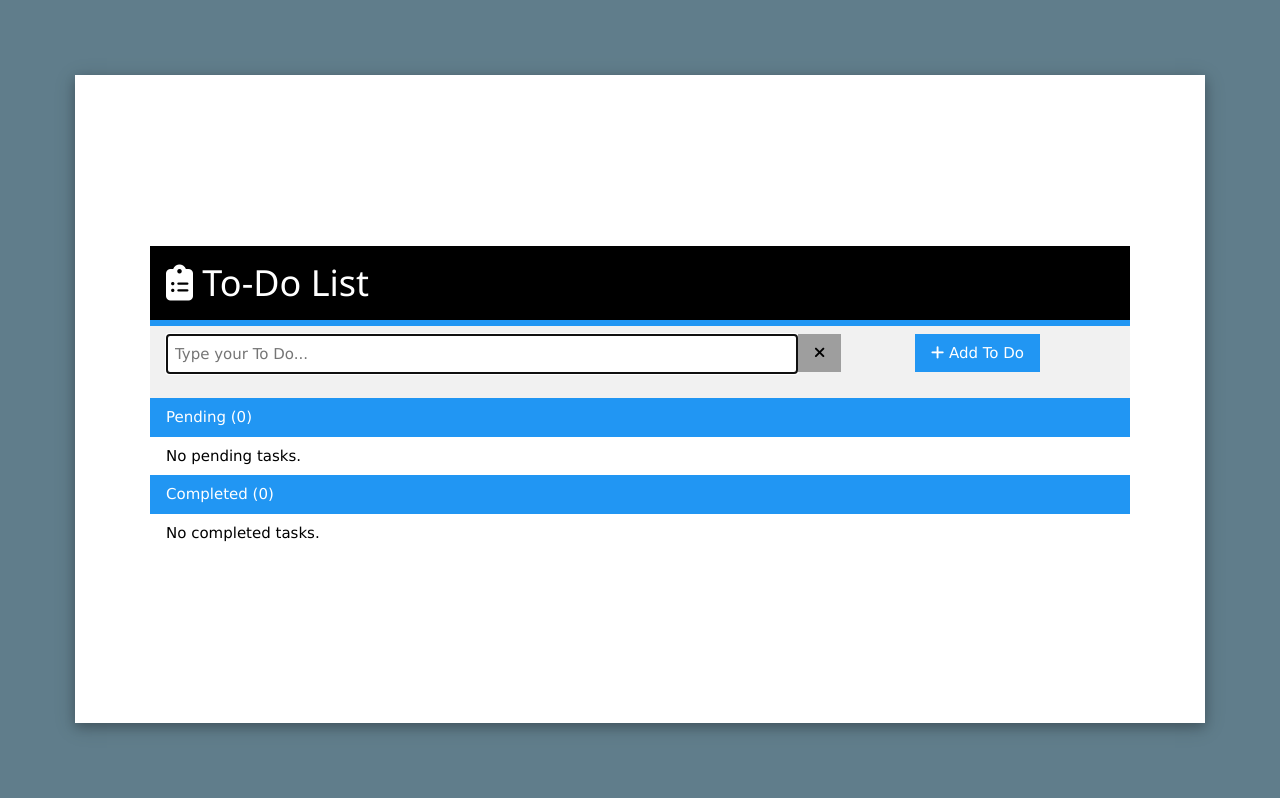
Repository: bclover/vue3-design-patterns-book
Page: /
These files come from the project's save history. The page is drawn as it stood at one moment and after the next save; the edit follows.
The browser window is 1280 px wide. The pictures show the whole page.
The project was rebuilt for these pictures with package versions that can differ from the ones it lists, and the page was loaded fresh each time. Also part of the build but not shown: vite.config.ts.

Above is the page before, as saved 2023-06-19 22:52:49.

### index.html
<!DOCTYPE html>
<html lang="en">
    <head>
        <meta charset="UTF-8" />
        <link rel="icon" type="image/svg+xml" href="/vite.svg" />
        <link rel="stylesheet" href="/css/w3.css" />
        <link rel="stylesheet" href="/css/fontawesome.min.css" />
        <link rel="stylesheet" href="/css/solid.min.css" />
        <link rel="stylesheet" href="/css/brands.min.css" />
        <meta name="viewport" content="width=device-width, initial-scale=1.0" />
        <title>To Do</title>
    </head>
    <body>
        <div id="app"></div>
        <script type="module" src="/src/main.ts"></script>
    </body>
</html>

### src/App.vue
<script lang="ts" setup>
import ToDos from './components/ToDos.vue';
</script>

<template>
  <div class="app w3-blue-gray">
    <ToDos></ToDos>
  </div>
</template>

<style scoped>
.app {
  display: flex;
  justify-content: center;
  width: 100vw;
  min-height: 100vh;
  padding: 5rem;
}
</style>

### src/components/ToDos.vue
<script lang="ts" setup>
import { computed, ref } from 'vue';

interface ToDo {
  id: number;
  text: string;
  checked: boolean;
}
const _todo_text = ref('');
const _todo_list = ref<ToDo[]>([]);
const _pending = computed(() => {
  return _todo_list.value.filter((todo: ToDo) => !todo.checked);
});
const _done = computed(() => {
  return _todo_list.value.filter((todo: ToDo) => todo.checked);
});
function clearToDo(): void {
  _todo_text.value = '';
}
function addToDo() {
  if (_todo_text.value && _todo_text.value !== '') {
    _todo_list.value.push({
      id: new Date().valueOf(),
      text: _todo_text.value,
      checked: false,
    });
    clearToDo();
  }
}
</script>

<template>
  <div class="todo-container w3-white w3-card-4">
    <!-- Header -->
    <div class="w3-container w3-black w3-margin-0 w3-bottombar w3-border-blue">
      <h1>
        <i class="fa-solid fa-clipboard-list"></i>
        To-Do List
      </h1>
    </div>

    <!-- Remove & Add Buttons -->
    <div class="w3-container flex-container w3-light-gray w3-padding w3-center">
      <input
        class="w3-input w3-twothird w3-border"
        type="text"
        autofocus
        v-model="_todo_text"
        @keyup.enter="addToDo()"
        placeholder="Type your To Do..."
      />
      <button
        class="w3-button w3-gray w3-third"
        style="width: 43px"
        @click="clearToDo()"
      >
        <i class="fa-solid fa-times"></i>
      </button>
      <button class="w3-button w3-blue" @click="addToDo()">
        <i class="fa-solid fa-plus"></i>
        Add To Do
      </button>
    </div>

    <div
      class="w3-container flex-container w3-light-gray w3-padding w3-center"
    ></div>

    <!-- Pending Todos Heading -->
    <div class="w3-padding w3-blue">Pending ({{ _pending.length }})</div>

    <!-- List of Pending Todos -->
    <div class="w3-padding" v-for="todo in _pending" :key="todo.id">
      <label>
        <input type="checkbox" v-model="todo.checked" />
        <span class="w3-margin-left">
          {{ todo.text }}
        </span>
      </label>
    </div>

    <!-- No Pending Tasks -->
    <div class="w3-padding" v-show="_pending.length == 0">
      No pending tasks.
    </div>

    <!-- Completed Todos Heading -->
    <div class="w3-padding w3-blue">Completed ({{ _done.length }})</div>

    <!-- List of Completed Todos -->
    <div class="w3-padding" v-for="todo in _done" :key="todo.id">
      <label>
        <input type="checkbox" v-model="todo.checked" />
        <span class="w3-margin-left">
          {{ todo.text }}
        </span>
      </label>
    </div>

    <!-- No Completed Todos -->
    <div class="w3-padding" v-show="_done.length == 0">No completed tasks.</div>
  </div>
</template>

<style scoped>
.todo-container {
  display: flex;
  flex-direction: column;
  justify-content: center;
  width: 90vw;
  min-height: 90vh;
  padding: 5rem;
}
</style>

Loaded but not shown: src/main.ts (common file); public/css/w3.css (library); public/css/fontawesome.min.css (library); public/css/solid.min.css (common file); public/css/brands.min.css (library)

After the next save:
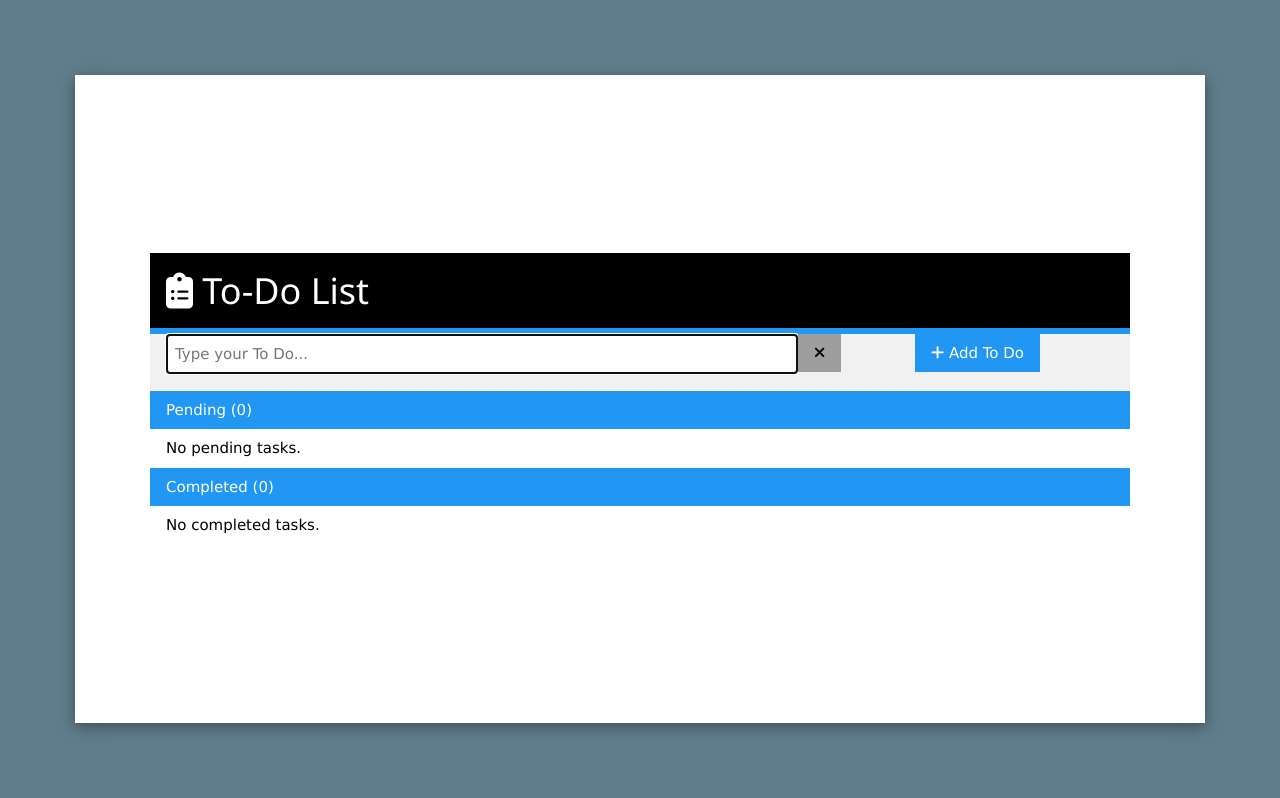
Saved 112 s later.
--- a/src/components/ToDos.vue
+++ b/src/components/ToDos.vue
@@ -40,7 +40,7 @@
     </div>
 
     <!-- Remove & Add Buttons -->
-    <div class="w3-container flex-container w3-light-gray w3-padding w3-center">
+    <div class="w3-container flex-container w3-light-gray w3-center">
       <input
         class="w3-input w3-twothird w3-border"
         type="text"

After the save that followed:
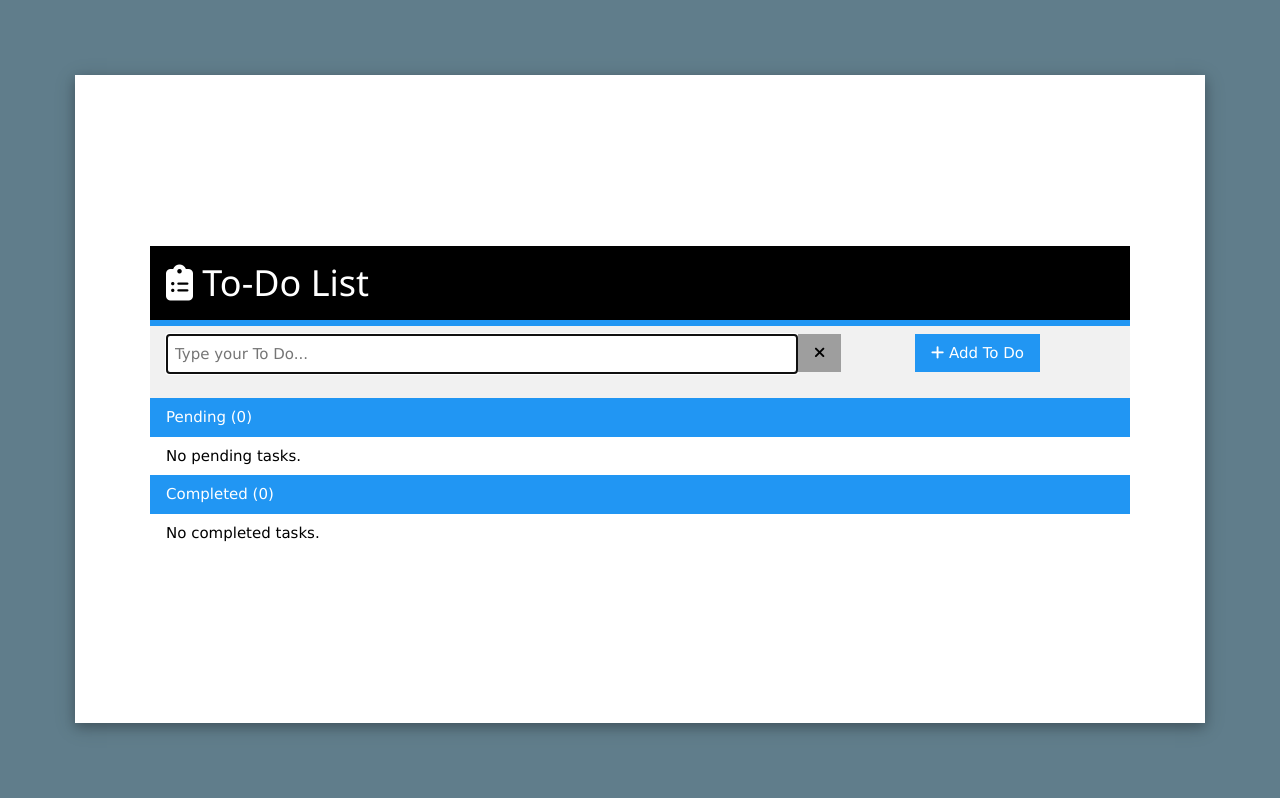
Saved 6 s later.
--- a/src/components/ToDos.vue
+++ b/src/components/ToDos.vue
@@ -40,7 +40,7 @@
     </div>
 
     <!-- Remove & Add Buttons -->
-    <div class="w3-container flex-container w3-light-gray w3-center">
+    <div class="w3-container flex-container w3-light-gray w3-padding w3-center">
       <input
         class="w3-input w3-twothird w3-border"
         type="text"
